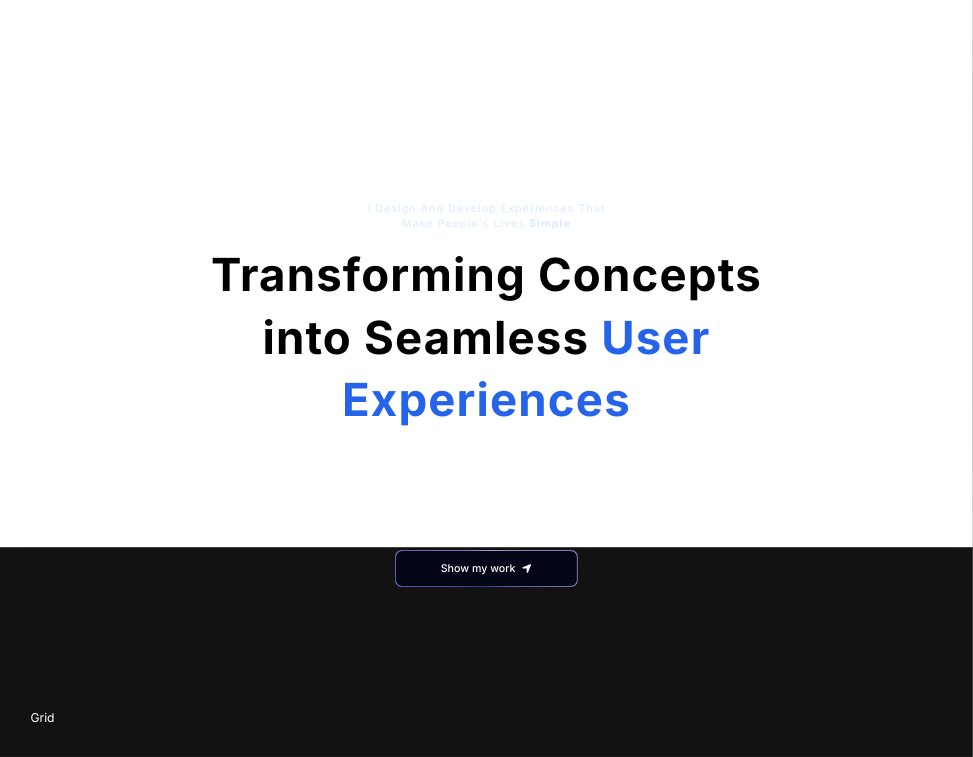
Repository: LukaSuave/Dev-Portfolio
Page: /
These files come from the project's save history. The page is drawn as it stood at one moment and after the next save; the edit follows.
The browser window is 1280 px wide. The pictures show the whole page, at 76% of full size.
The project was rebuilt for these pictures with package versions that can differ from the ones it lists, and the page was loaded fresh each time. The framework's server and built-in components were replaced by stand-ins that run in the browser. Also part of the build but not shown: next.config.mjs.

Above is the page before, as saved 2024-05-30 11:42:16.

After the next save:
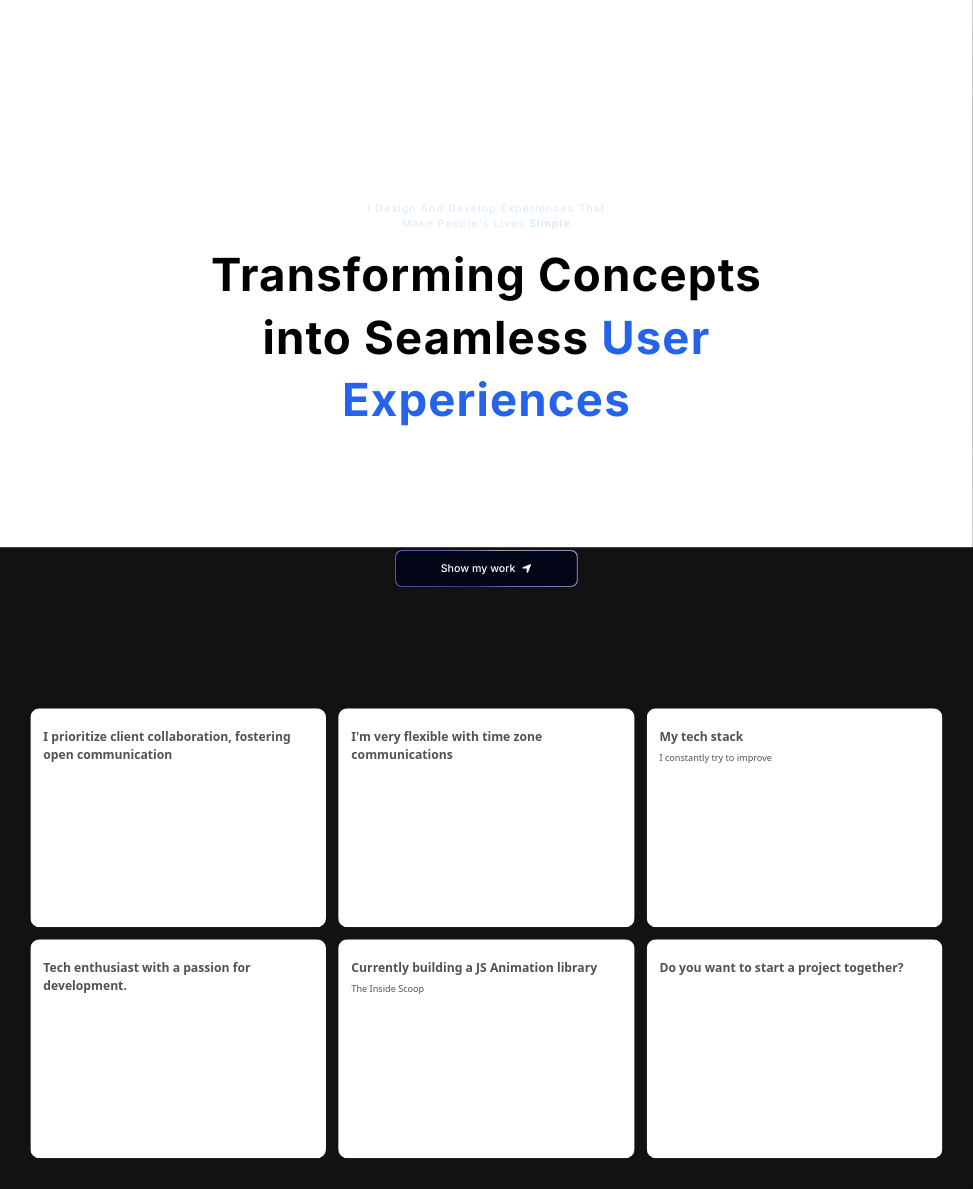
Saved 27 min 5 s later.
--- a/components/global/grid.tsx
+++ b/components/global/grid.tsx
@@ -1,3 +1,24 @@
+import { BentoGrid, BentoGridItem } from "@/components/ui/bento-grid";
+import { gridItems } from "@/data";
+
 export const Grid = () => {
-	return <div>Grid</div>;
+	return (
+		<section id="about">
+			<BentoGrid>
+				{gridItems.map((item, i) => (
+					<BentoGridItem
+						// id={item.id}
+						key={i}
+						title={item.title}
+						description={item.description}
+						// className={item.className}
+						// img={item.img}
+						// imgClassName={item.imgClassName}
+						// titleClassName={item.titleClassName}
+						// spareImg={item.spareImg}
+					/>
+				))}
+			</BentoGrid>
+		</section>
+	);
 };
